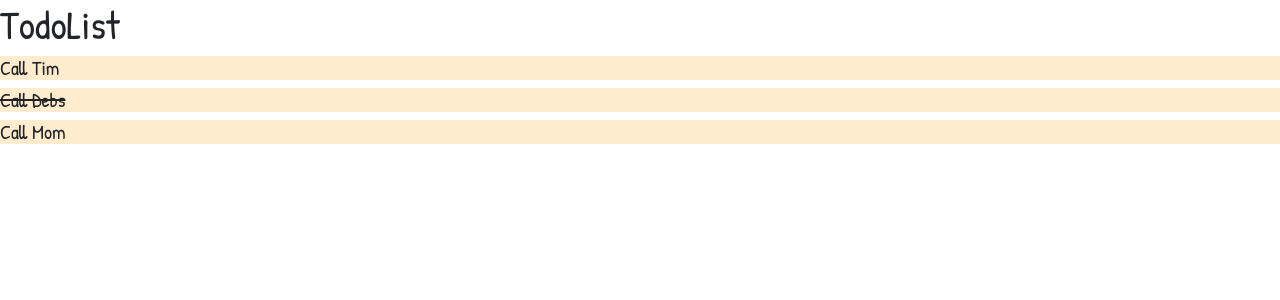
Repository: latenightsnacc/React-Projects
Page: /about (app in todolist/)
These files come from the project's save history. The page is drawn as it stood at one moment and after the next save; the edit follows.
The browser window is 1280 px wide. The pictures show the whole page.
The project was rebuilt for these pictures with package versions that can differ from the ones it lists, and the page was loaded fresh each time.

Above is the page before, as saved 2020-07-02 11:19:54.

### todolist/public/index.html
<!DOCTYPE html>
<html lang="en">
  <head>
    <meta charset="utf-8" />
    <link rel="icon" href="%PUBLIC_URL%/favicon.ico" />
    <meta name="viewport" content="width=device-width, initial-scale=1" />
    <meta name="theme-color" content="#000000" />
    <meta
      name="description"
      content="Web site created using create-react-app"
    />
    <link rel="apple-touch-icon" href="%PUBLIC_URL%/logo192.png" />

    <link rel="manifest" href="%PUBLIC_URL%/manifest.json" />
    <link href="https://fonts.googleapis.com/css2?family=Patrick+Hand&display=swap" rel="stylesheet">
    <title>React App</title>
  </head>
  <body>
    <noscript>You need to enable JavaScript to run this app.</noscript>
    <div id="root"></div>
    <!--
      This HTML file is a template.
      If you open it directly in the browser, you will see an empty page.

      You can add webfonts, meta tags, or analytics to this file.
      The build step will place the bundled scripts into the <body> tag.

      To begin the development, run `npm start` or `yarn start`.
      To create a production bundle, use `npm run build` or `yarn build`.
    -->
  </body>
</html>

### todolist/src/App.js
import React, {Component} from 'react';
import TodoList from './components/TodoList';
import './styles/App.scss';

class App extends Component  {
  constructor(props){
    super(props);
    this.state = {
      todos: [
        {
          id: 1,
          title: 'Call Tim',
          completed: false
        },
        {
          id: 2,
          title: 'Call Debs',
          completed: true
        },
        {
          id: 3,
          title: 'Call Mom',
          completed: false
        }
      ]
    }

  }

  render() {
    return (
      <div className="App">
        <TodoList tasks= {this.state.todos} />
      </div>
    );
  }

}

export default App;

### todolist/src/components/TodoList.js
import React, { Component } from 'react';
import PropTypes from 'prop-types';
import TodoItem from './TodoItem';

class TodoList extends Component {
    render() {
        return (
            <>
                <h1>TodoList</h1>
                <div className="TodoList">
                    {
                        this.props.tasks.map(task => {
                            return <TodoItem key={task.id} task= {task} />
                        })
                    }
                </div>
            </>
        )
    }
}

// PropTypes
TodoList.propTypes = {
    tasks: PropTypes.array.isRequired
}
export default TodoList;

### todolist/src/styles/App.scss
@import "~bootstrap/scss/bootstrap";
@import url('https://fonts.googleapis.com/css2?family=Patrick+Hand&display=swap');

* {
    margin: 0;
    padding: 0;
    font-family: 'Patrick Hand', cursive;
}

### todolist/src/components/TodoItem.js
import React, { Component } from 'react';
import PropTypes from 'prop-types';

class TodoItem extends Component {
    getStyle = () => {
        return {
            background: '#ffebcd',
            fontFamily: 'Patrick Hand, cursive',
            textDecoration: this.props.task.completed ?
            'line-through'
            :'none'
        }
    }
    render() {
        return (
            <>
                <div style={this.getStyle()}>
                    <h5> {this.props.task. title} </h5>
                </div>

            </>
        )
    }
}

// const cardStyle = {
//     backgroundColor: '#000',
//     padding: '10px 5px',
//     color: 'white',
//     marginBottom: '10px',
//     width: '200px',
//     textAlign: 'center',
//     boxShadow: '2px 2px 4px 2px grey'
// }
// PropTypes
TodoItem.propTypes = {
    task: PropTypes.object.isRequired
}
export default TodoItem

Loaded but not shown: todolist/src/index.js (common file)

After the next save:
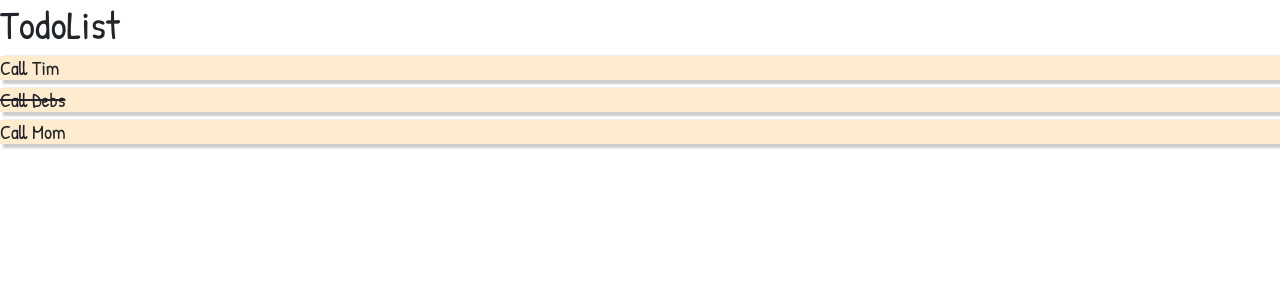
Saved 105 s later.
--- a/todolist/src/components/TodoItem.js
+++ b/todolist/src/components/TodoItem.js
@@ -5,7 +5,7 @@ class TodoItem extends Component {
     getStyle = () => {
         return {
             background: '#ffebcd',
-            fontFamily: 'Patrick Hand, cursive',
+            boxShadow: '5px 2px 2px 2px #cccccc',
             textDecoration: this.props.task.completed ?
             'line-through'
             :'none'
